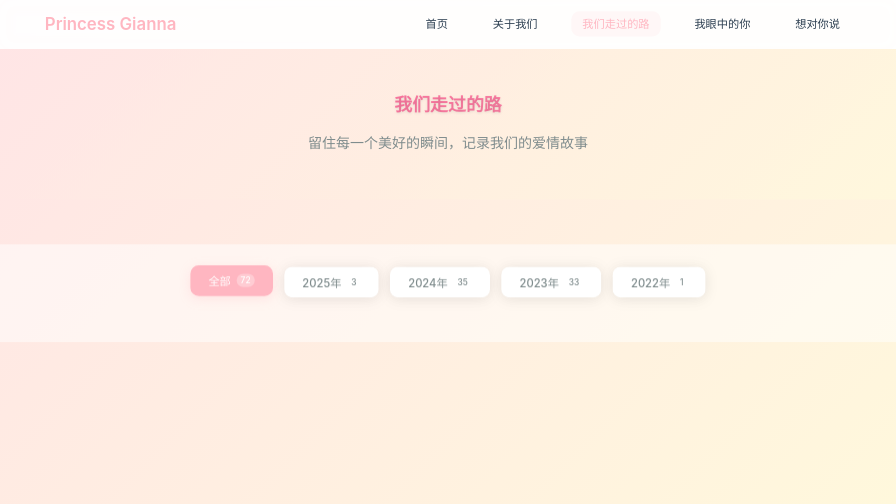
Repository: PrincessGianna/PrincessGianna.github.io
Page: pages/gallery.html
An editor plug-in stored every save of this project. The page is shown before and after the next save, followed by the edit.
The browser window is 1280 px wide. The pictures show the part of the page from y = 0 to 1920 px (the page is 720 px tall before and 7881 px after), at 70% of full size.
Backgrounds fixed to the window are drawn as part of the page.

Above is the page before, as saved 2025-09-25 10:42:56.
Console error: ReferenceError: showTagModal is not defined

After the next save:
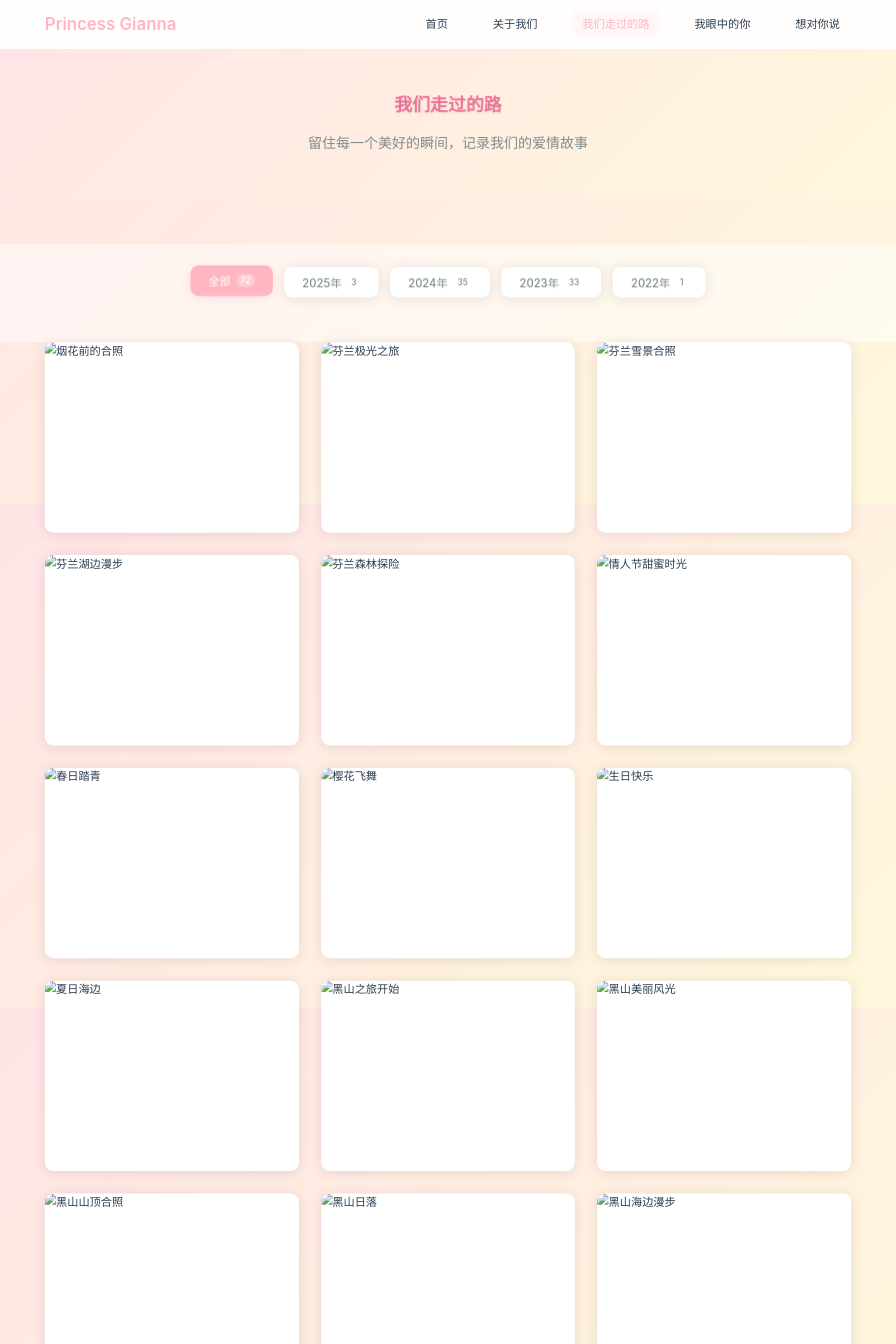
Not found: assets/images/1.jpg
Not found: assets/images/10.jpg
Not found: assets/images/11.jpg
Saved 8 s later.
--- a/pages/gallery.html
+++ b/pages/gallery.html
@@ -125,6 +125,7 @@
     <script src="../gallery_data.js"></script>
     <script src="../js/utils.js"></script>
     <script src="../js/animations.js"></script>
+    <script src="../js/gallery_data.js"></script>
     <script src="../js/gallery.js"></script>
     <script src="../js/main.js"></script>
 
